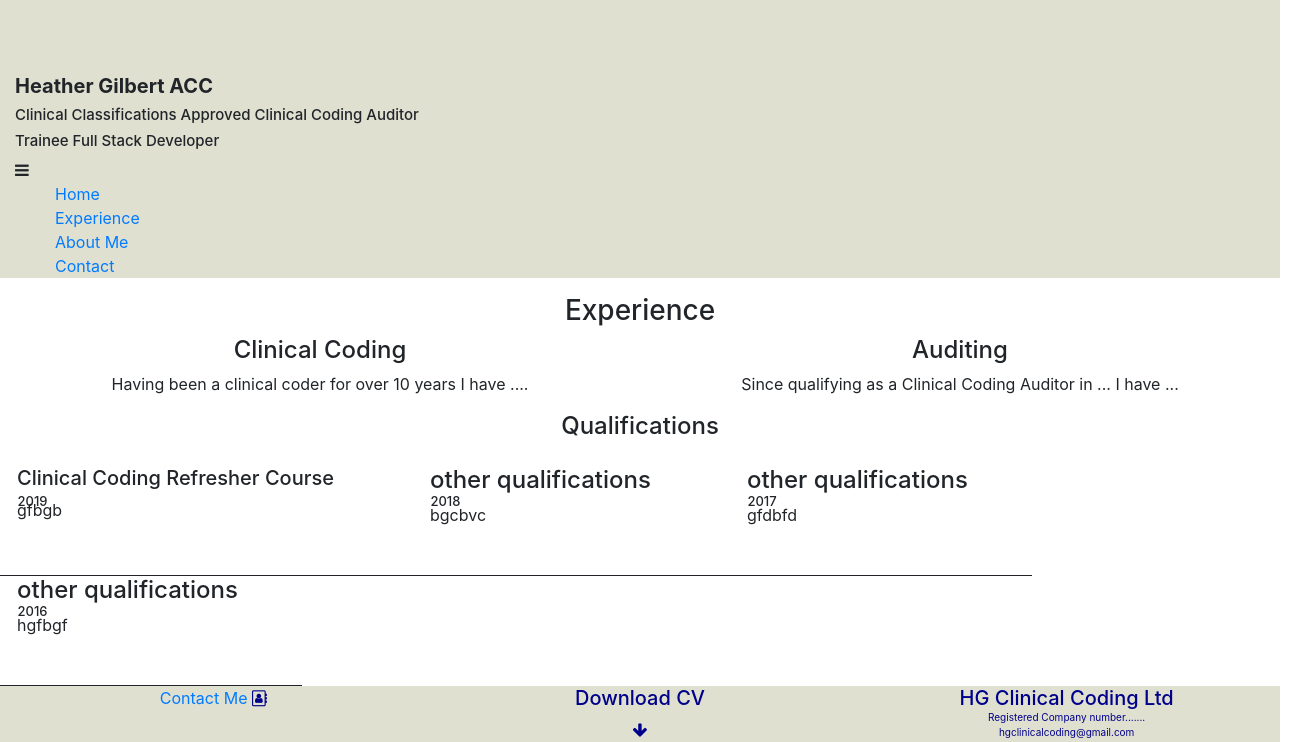
Repository: Code-Institute-Submissions/fsd-ms-project1-resume
Page: resume.html
The author's editor kept a record of every edit. The page is drawn from the files as they stood at one moment, then again after the next edit.
The browser window is 1280 px wide. The page is 1295 px wide, so the pictures cover 1295 px, including what lies to the right of the window. The pictures show the whole page.

Above is the page before.

### resume.html
<!DOCTYPE html>
<html lang="en">

<head>
    <meta charset="UTF-8">
    <meta name="viewport" content="width=device-width, initial-scale=1.0">
    <meta http-equiv="X-UA-Compatible" content="ie=edge">
    <link rel="stylesheet" href="https://stackpath.bootstrapcdn.com/bootstrap/4.3.1/css/bootstrap.min.css" type="text/css" />
    <link rel="stylesheet" href="https://stackpath.bootstrapcdn.com/font-awesome/4.7.0/css/font-awesome.min.css" type="text/css" />
    <link rel="stylesheet" href="https://cdnjs.cloudflare.com/ajax/libs/hover.css/2.3.1/css/hover-min.css" type="text/css" />
    <link rel="stylesheet" href="assets/css/style.css" />
    <title>Heather Gilbert ACC</title>
</head>

<body>

    <header>
        <div id="navbar">
            <a class="col-md-12 logo" href="index.html"></a>
            <div class="col">
                <div class="bg-header">
                    <h1 class="name">Heather Gilbert ACC</h1>
                    <h3 class="title">Clinical Classifications Approved Clinical Coding Auditor</h3>
                    <h5 class="title">Trainee Full Stack Developer</h5>
                </div>
            </div>
            <div class="col">
                <div class="menu">
                    <i class="fa fa-bars" aria-hidden="true"></i>
                    <ul class="menu-content">
                        <li><a href="index.html">Home</a></li>
                        <li><a href="resume.html">Experience</a></li>
                        <li><a href="about.hmtl">About Me</a></li>
                        <li><a href="contact.html">Contact</a></li>
                    </ul>
                </div>
            </div>
        </div>

    </header>

    <section class="container-fluid">
        <div class="row work-section">
            <div class="col-md-12">
                <h3 class="work">Experience</h3>
            </div>
            <div class="col-md-6">
                <h4 class="coding">Clinical Coding</h4>
                <p>
                    Having been a clinical coder for over 10 years I have ....
                </p>
            </div>
            <div class="col-md-6">
                <h4 class="audit">Auditing</h4>
                <p>
                    Since qualifying as a Clinical Coding Auditor in ... I have ...
                </p>
            </div>
        </div>
        <div class="row">
            <h4 class="qualifications col-12">Qualifications</h4>
            <div class="row">
                <div class="timeline" data-dates="2019">
                    <h5>Clinical Coding Refresher Course</h5>
                    <p>gfbgb</p>
                </div>
                <div class="timeline" data-dates="2018">
                    <h4> other qualifications</h4>
                    <p>bgcbvc</p>
                </div>
                <div class="timeline" data-dates="2017">
                    <h4>other qualifications</h4>
                    <p>gfdbfd</p>
                </div>
                <div class="timeline" data-dates="2016">
                    <h4>other qualifications</h4>
                    <p>hgfbgf</p>
                </div>
            </div>
        </div>
        </div>
    </section>


</body>



<footer class="container-fluid">
    <div class="row">
        <div class="col-sm-4 contact">
            <a href="contact.html">Contact Me </a>
            <i class="fa fa-address-book-o" aria-hidden="true" /></i>
        </div>
        <div class="col-sm-4 ">
            <h5>Download CV</h5>
            <a href="# " target="_blank "></a>
            <i class="fa fa-arrow-down " aria-hidden="true "></i>
        </div>
        <div class="col-sm-4 ">
            <h5 class="company-name ">HG Clinical Coding Ltd</h5>
            <p class="company-details ">Registered Company number.......</p>
            <p class="company-details ">hgclinicalcoding@gmail.com</p>
        </div>
    </div>


</footer>
</body>

</html>

### assets/css/style.css
@import url('https://fonts.googleapis.com/css?family=Lato:100,200,300,400,500,600,700&display=swap');

/*-----------------------------------------Colours*/


/*-----------------------------------------Special paddings/margins/text*/


/*-----------------------------------------Header*/

#navbar {
    background-color: #e0e0d1;
}

.name {
    font-size: 20px;
    font-weight: 700;
    margin-top: 50px;
}

.title {
    font-size: 15px;
    margin-top: 5px;
}

.menu {
    list-style: none;

}

.menu-content {
    list-style:none;
}


/*-----------------------------------------Hover.css*/

.menu:hover {
    color: #b3cccc;
}


/*-----------------------------------------Footer*/

footer {
    background-color: #e0e0d1;
    color: darkblue;
    min-height:50px;
    margin: 0;
    text-align:center
}

.company-name {
    margin:0;
    padding:0;
}

.company-details {
    font-size:10px;
    margin:0;
    padding:0;
}

#footer-details {
    padding: 20px;
}

/*-----------------------------------------Work / Education History*/

.work-section {
    text-align:center;
}

.work {
    text-align:center;

}

.qualifications {
    margin-bottom: 25px;
    text-align:center;
}

.timeline {
    padding: 0em 4em 2em 2em;
    position: relative;
    border-bottom: 1px solid;
}

.timeline:before {
    content: attr(data-dates);
    position: absolute;
    left: 2.5em;
    top: 2em;
    display: block;
    font-weight: 500;
    font-size: 13px;
    padding: 0;
    margin: 0;
}

.timeline:after {
    width: 12px;
    height: 12px;
    display: block;
    top: 2.4em;
    position: absolute;
    bottom: -6px;
    border-radius: 15px;
    content: "";
}



/*-----------------------------------------About Me*/


/*-----------------------------------------Contact Form*/


/*-----------------------------------------Media Queries*/

After the next edit:
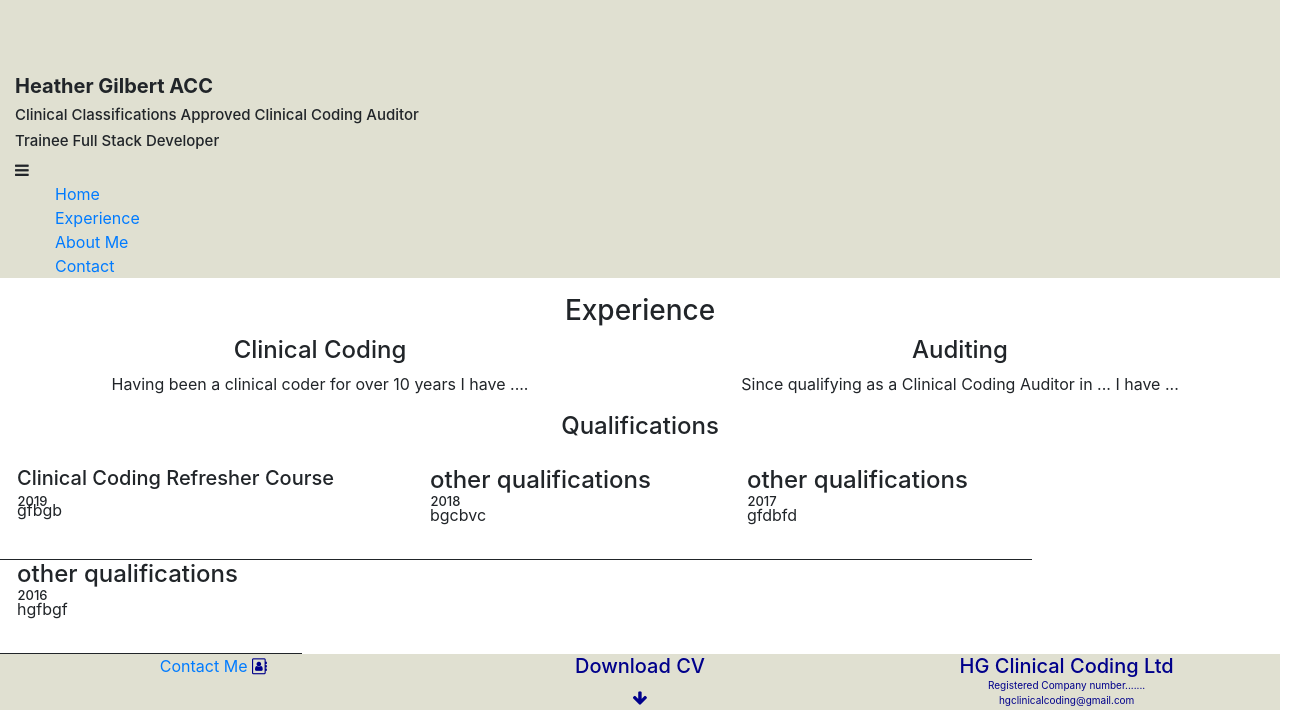
The edit:
--- a/assets/css/style.css
+++ b/assets/css/style.css
@@ -82,7 +82,7 @@
 }
 
 .timeline {
-    padding: 0em 4em 2em 2em;
+    padding: 0em 4em 1em 2em;
     position: relative;
     border-bottom: 1px solid;
 }
